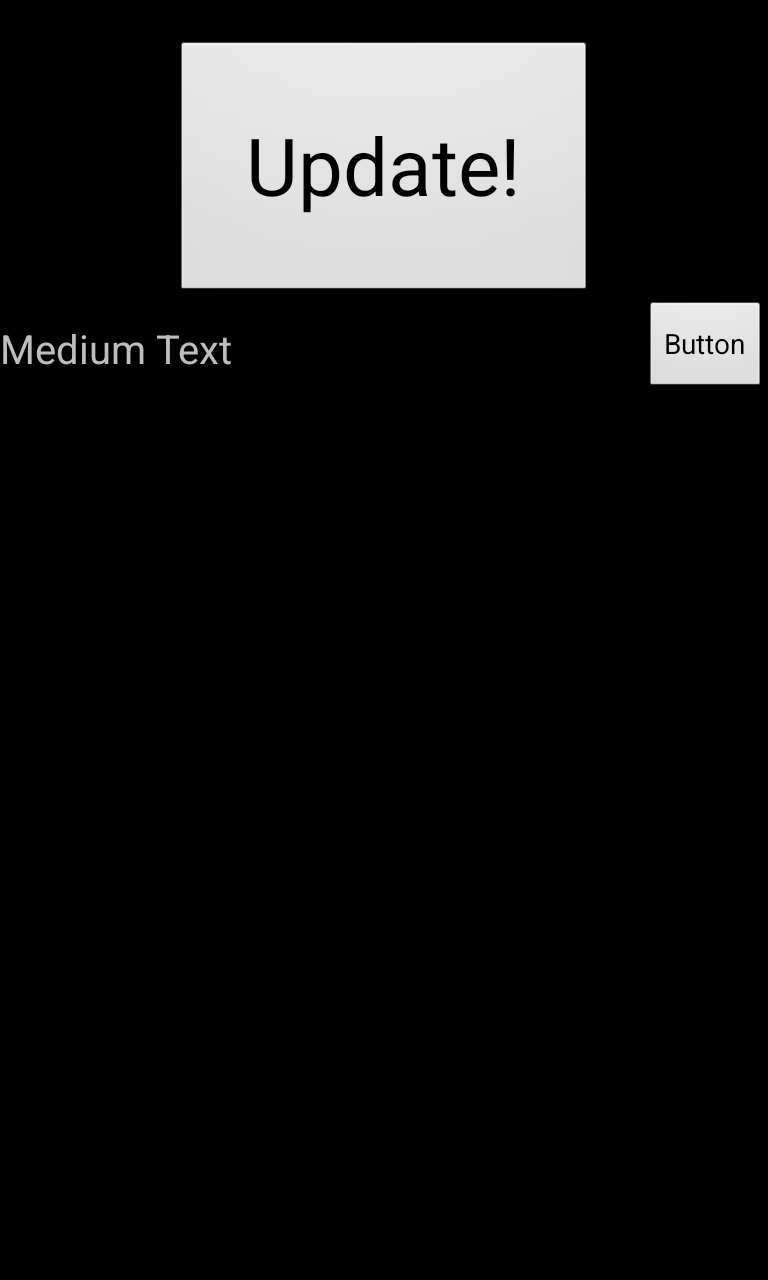
Repository: hgrateam/HangaramAPP_OLD-v2.0.6
Layout: HangaramAPP/res/layout/dbupdate.xml
An editor plug-in stored every save of this project. The layout is shown before and after the next save, followed by the edit.
It is drawn on a 768 x 1280 px phone screen (xhdpi) without system bars, with theme android:Theme.Black.NoTitleBar; the app's code is not run.

Above is the layout before, as saved 2012-07-14 09:38:58.

After the next save:
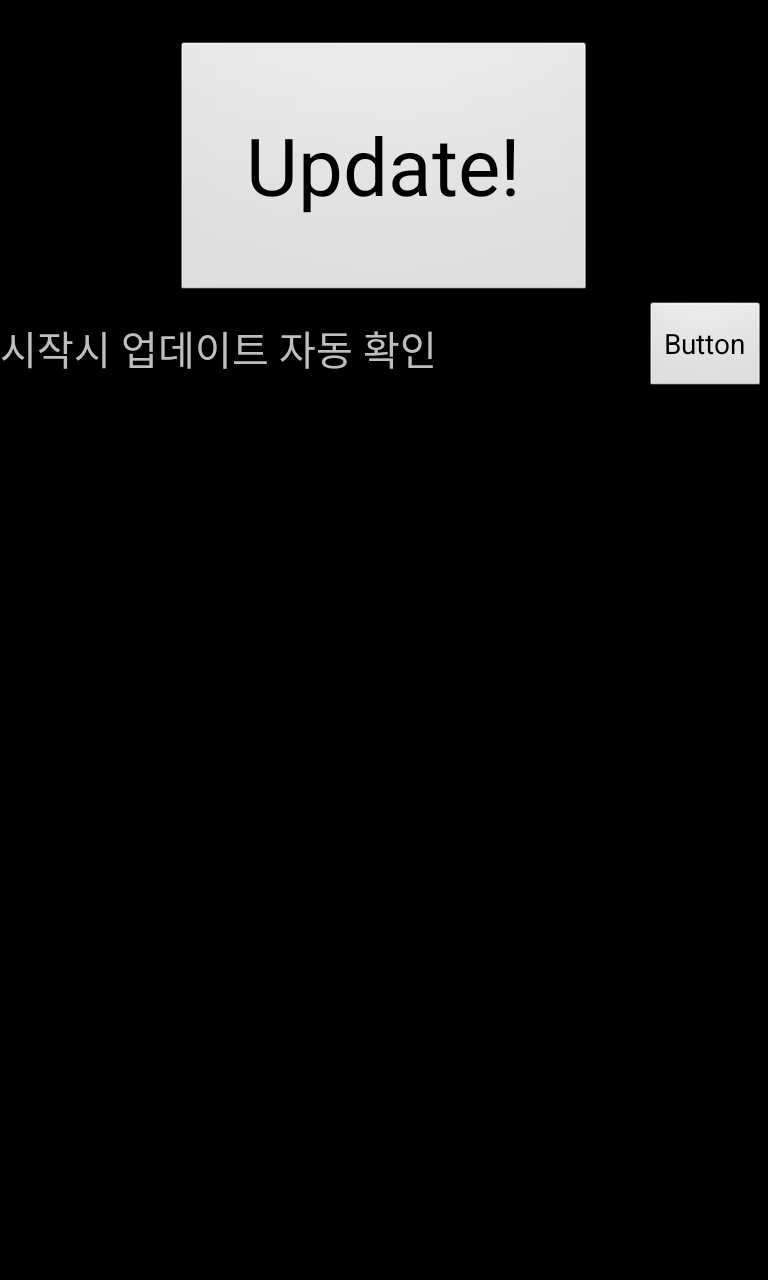
Saved 14 s later.
--- a/HangaramAPP/res/layout/dbupdate.xml
+++ b/HangaramAPP/res/layout/dbupdate.xml
@@ -23,7 +23,7 @@
             android:id="@+id/uptv1"
             android:layout_width="wrap_content"
             android:layout_height="wrap_content"
-            android:text="Medium Text"
+            android:text="시작시 업데이트 자동 확인"
             android:layout_gravity="left|center"
             android:textSize="20dp" />
 
